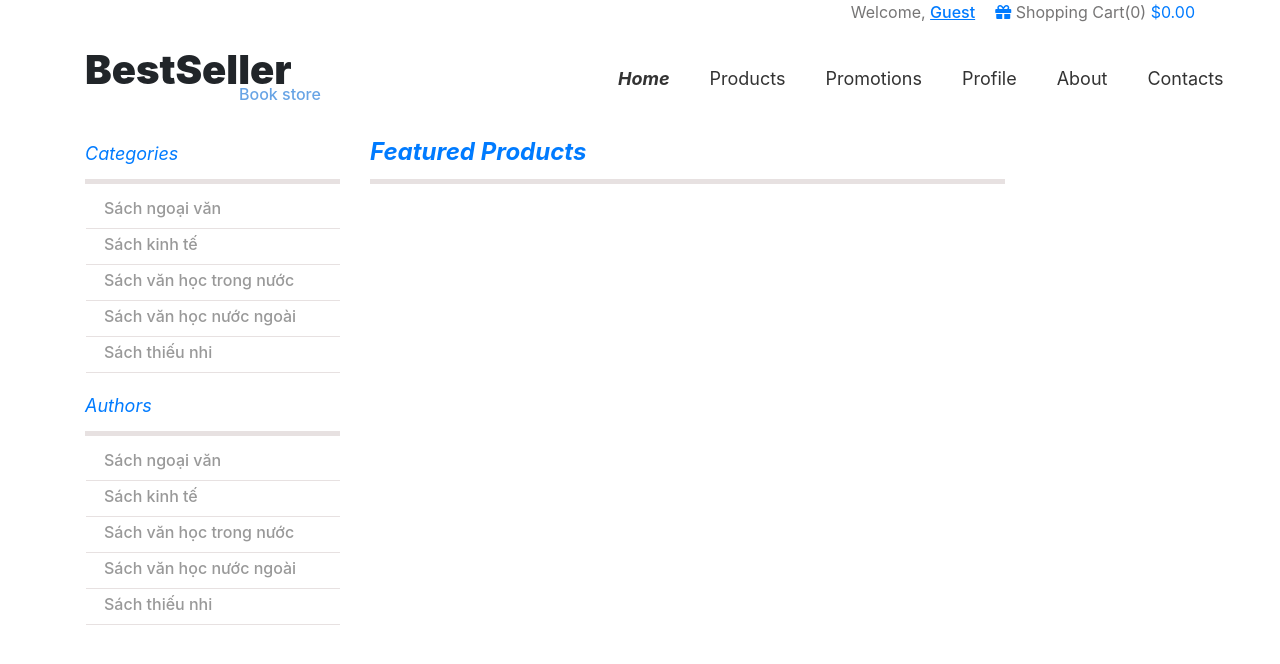
Repository: phunobi1807/BestSeller
Page: index.html
An editor plug-in stored every save of this project. The page is shown before and after the next save, followed by the edit.
The browser window is 1280 px wide. The pictures show the whole page.

Above is the page before, as saved 2021-06-28 23:29:15.

After the next save:
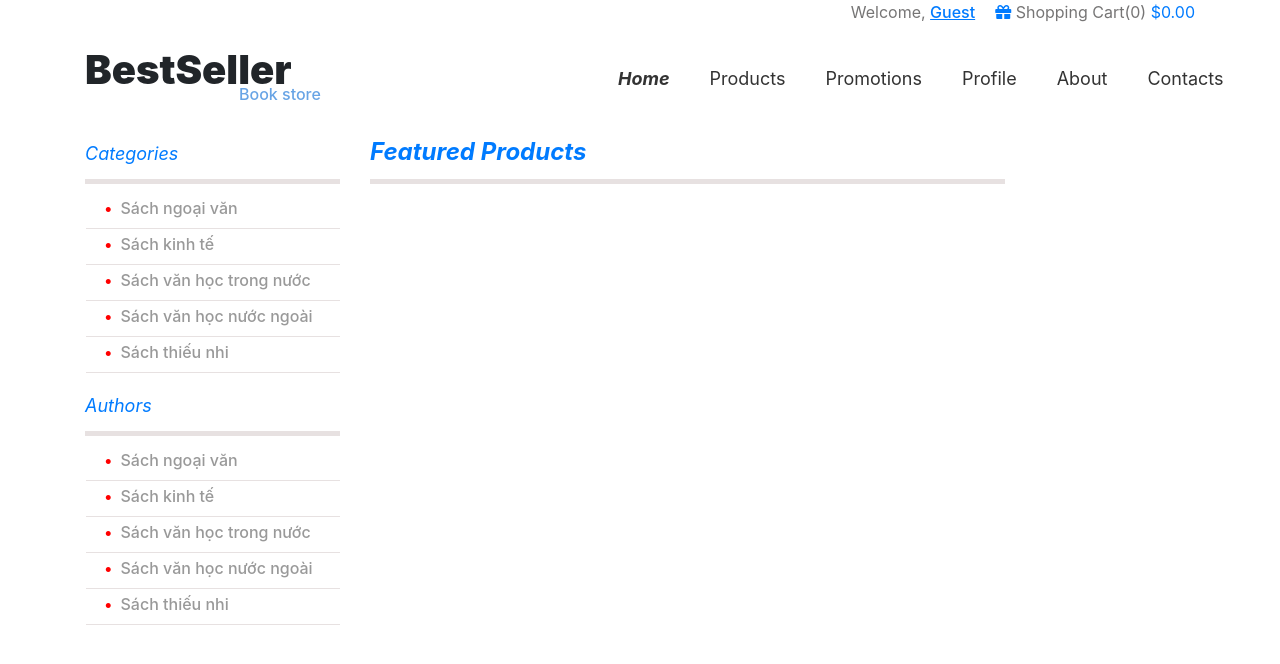
Saved 20 s later.
--- a/css/style.css
+++ b/css/style.css
@@ -131,6 +131,13 @@ html {
     list-style: none;
 }
 
+.side-bar__list-item::before {
+    content: '\2022 ';
+    /* Bullet color */
+    color: red;
+    padding-right: 0.5em;
+}
+
 .side-bar__list-item::after {
     position: absolute;
     content: "";
